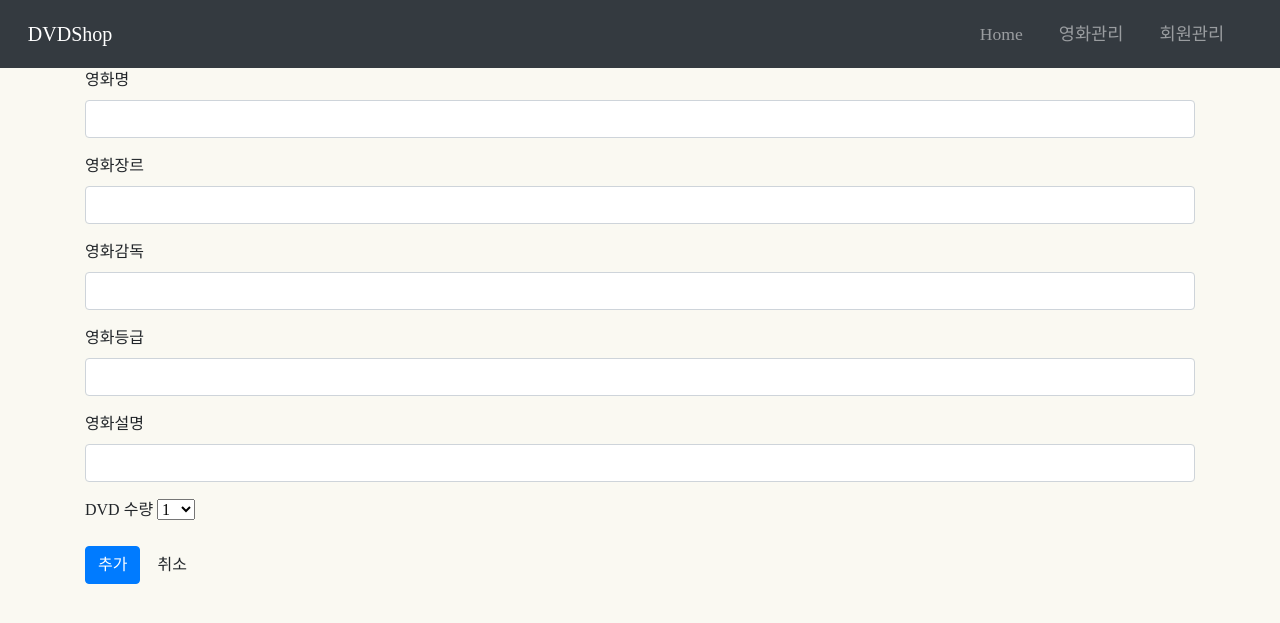
Repository: afterup/dvdshop
Page: http://localhost/shop_project/view/manager/admin_insert.jsp
The author's editor kept a copy of each file at every save. The page is drawn from the files as they stood at one save, then again after the next save.
The browser window is 1280 px wide. The pictures show the whole page.
The page is served by Tomcat 9.

Above is the page before, as saved 2019-08-14 12:40:40.

After the next save:
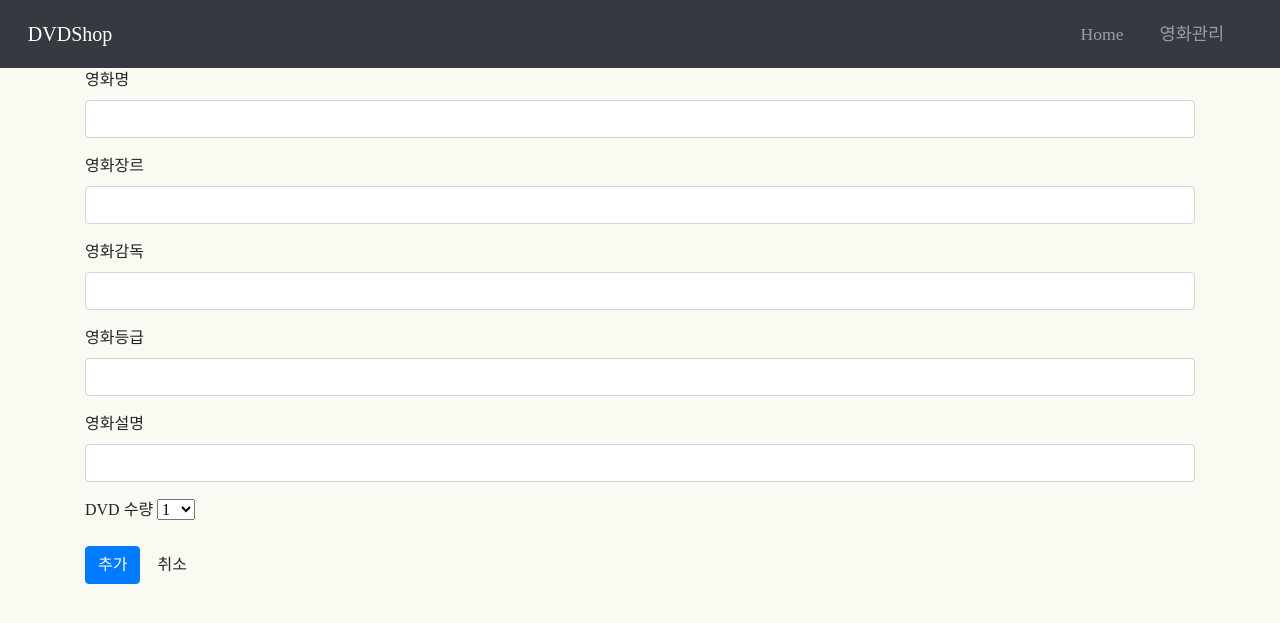
Saved 2 min 10 s later.
--- a/shop_project/WebContent/view/manager/adminHeader.jsp
+++ b/shop_project/WebContent/view/manager/adminHeader.jsp
@@ -18,8 +18,8 @@
 				<ul class="navbar-nav ml-auto">
 					<li class="nav-item"><a class="nav-link" href="movie">Home</a></li>
 					<li class="nav-item"><a class="nav-link" href="admin">영화관리</a></li>
-					<li class="nav-item"><a class="nav-link"
-						href="admin?action=user">회원관리</a></li>
+<!-- 					<li class="nav-item"><a class="nav-link"
+						href="admin?action=user">회원관리</a></li> -->
 				</ul>
 			</div>
 		</div>
